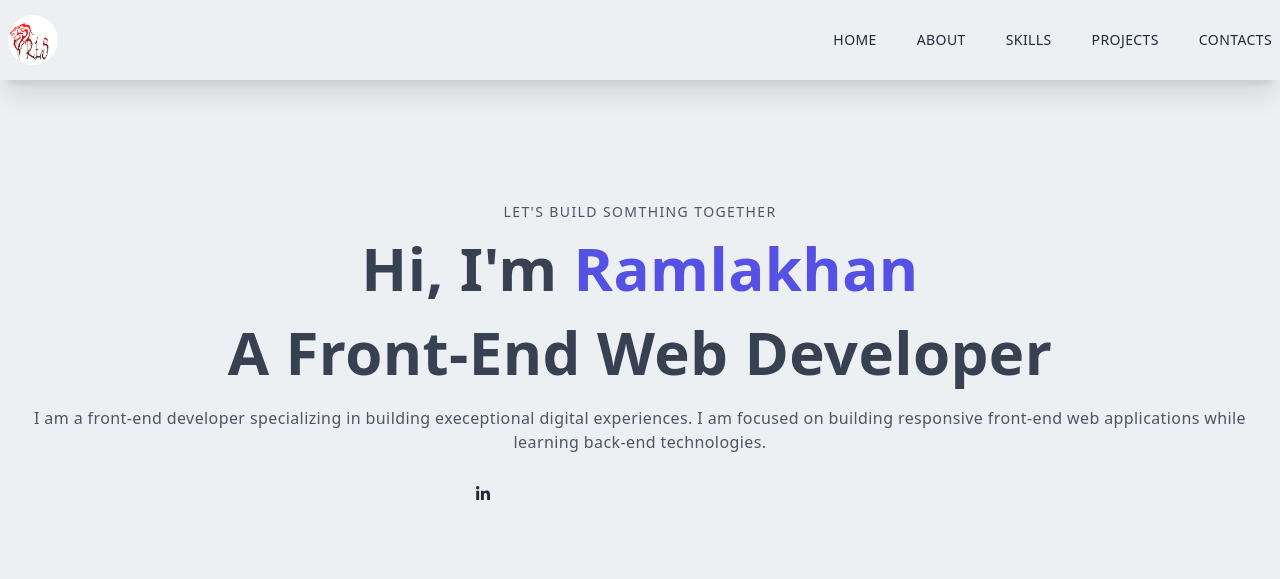
Repository: ram2642/portfolio-using-next-js
Page: /
These files come from the project's save history. The page is drawn as it stood at one moment and after a run of saves; the edit follows.
The browser window is 1280 px wide. The pictures show the whole page.
The project was rebuilt for these pictures with package versions that can differ from the ones it lists, and the page was loaded fresh each time. The framework's server and built-in components were replaced by stand-ins that run in the browser. Also part of the build but not shown: next.config.js.

Above is the page before, as saved 2022-09-04 02:02:04.

### pages/index.js
// import { Main } from 'next/document'
import Head from 'next/head'
import Image from 'next/image'
import Main from '../components/Main'
import Navbar from '../components/Navbar'


export default function Home() {
  return (
    <div className="">
      <Head>
        <title>Ramlakhan | Front-End Developer</title>
        <meta name="description" content="Generated by create next app" />
        <link rel="icon" href="/favicon.ico" />
      </Head>
      <Navbar/>
      <Main/>

    </div>
  )
}

### styles/globals.css
@tailwind base;
@tailwind components;
@tailwind utilities;


@layer base {
  body {
    @apply bg-[#ecf0f3] text-[#1f2937] tracking-wide
  }
  h1, h2, h3, h4, h5, h6 {
    @apply font-bold;
  }
  h1 {
    @apply text-4xl sm:text-5xl md:text-6xl;
  }
  h2 {
    @apply text-3xl sm:text-4xl;
  }
  li {
    @apply cursor-pointer;
  }
  button {
    @apply shadow-xl shadow-gray-400 rounded-xl uppercase bg-gradient-to-r from-[#5651e5] to-[#709dff] text-white
  }
  }

### components/Main.jsx
import React from "react";
import { FaLinkedinIn } from "react-icons/fa";

const Main = () => {
  return (
    <div className="w-full h-screen text-center">
      <div className="max-w-[1240px] w-full h-full mx-auto p-2 flex justify-center items-center">
        <div>
          <p className="uppercase text-sm tracking-widest text-gray-600">
            Let's build somthing together
          </p>
          <h1 className="py-4 text-gray-700">
            Hi, I'm <span className="text-[#5651e5]"> Ramlakhan</span>
          </h1>
          <h1 className="py-2 text-gray-700">A Front-End Web Developer</h1>
          <p className="text-gray-600 py-4 max-w[70%] m-auto">
            I am a front-end developer specializing in building execeptional
            digital experiences. I am focused on building responsive front-end
            web applications while learning back-end technologies.
          </p>
          <div className="flex items-center justify-between max-w-[330px] m-auto py-4">
            <div lassName="rounded-full shadow-lg shadow-gray-400 p- cursor-pointer hover:scale-105 ease-in duration-300">
              <FaLinkedinIn />
            </div>
          </div>
        </div>
      </div>
    </div>
  );
};

export default Main;

### components/Navbar.jsx
import Image from "next/image";
import React, { useState } from "react";
import Link from "next/link";
import { AiOutlineClose, AiOutlineMenu, AiOutlineMail } from "react-icons/ai";
import { FaLinkedinIn, FaGithub } from "react-icons/fa";
import { BsFillPersonLinesFill } from "react-icons/bs";

const Navbar = () => {
  const [nav, setNav] = useState(false);

  const handleNav = () => {
    setNav(!nav);
  };
  return (
    <div className="fixed w-full h-20 shadow-xl z-[100]">
      <div className="flex justify-between items-center w-full h-full px-2 2xl:px-16">
        <Image
          className="rounded-full cursor-pointer"
          src="data:[embedded picture, 6010 characters]"
          alt=""
          width="50"
          height="50"
        />
        <div>
          <ul className="hidden md:flex">
            <Link href="/">
              <li className="ml-10 text-sm uppercase hover:border-b">Home</li>
            </Link>
            <Link href="/">
              <li className="ml-10 text-sm uppercase hover:border-b">About</li>
            </Link>
            <Link href="/">
              <li className="ml-10 text-sm uppercase hover:border-b">Skills</li>
            </Link>
            <Link href="/">
              <li className="ml-10 text-sm uppercase hover:border-b">
                Projects
              </li>
            </Link>
            <Link href="/">
              <li className="ml-10 text-sm uppercase hover:border-b">
                Contacts
              </li>
            </Link>
          </ul>
          <div onClick={handleNav} className="md:hidden cursor-pointer">
            <AiOutlineMenu size={25} />
          </div>
        </div>
      </div>
      <div className={nav ? 'md:hidden fixed left-0 top-0 w-full h-screen bg-black/70' : ''}>
        <div className={nav ? "fixed left-0 top-0 w-[75%] sm:w-[60%] md:w-[45%] h-screen bg-[#ecf0f3] p-10 ease-in duration-500" : "fixed left-[-100%] top-0  p-10 ease-in duration-500"}>
          <div>
            <div className="flex w-full items-center justify-between">
              <Image
                className="rounded-full cursor-pointer"
                src="data:[embedded picture, 6010 characters]"
                alt=""
                width="50"
                height="50"
              />
              <div onClick={handleNav} className="rounded-full shadow-lg shadow-gray-400 p-3 cursor-pointer">
                <AiOutlineClose />
              </div>
            </div>
            <div className="border-b border-gray-300 my-4">
              <p className="w-[85%] md:w-[905] PY-4">
                Let's builds something legendary together
              </p>
            </div>
          </div>
          <div className="py-4 flex flex-col">
            <ul className="uppercase">
              <Link href="/">
                <li className="py-4 text-sm">Home</li>
              </Link>
              <Link href="/">
                <li className="py-4 text-sm">About</li>
              </Link>
              <Link href="/">
                <li className="py-4 text-sm">Skills</li>
              </Link>
              <Link href="/">
                <li className="py-4 text-sm">Projects</li>
              </Link>
              <Link href="/">
                <li className="py-4 text-sm">Contacts</li>
              </Link>
            </ul>
            <div className="pt-40">
              <p className="uppercase tracking-widest text-[#5651e5]">
                Let's Connect
              </p>
              <div className="flex items-center justify-between my-4 w-full sm:w-[80%]">
                <div className="rounded-full shadow-lg shadow-gray-400 p-3 cursor-pointer hover:scale-105 ease-in duration-300">
                  <FaLinkedinIn />
                </div>
                <div className="rounded-full shadow-lg shadow-gray-400 p-3 cursor-pointer hover:scale-105 ease-in duration-300">
                  <FaGithub />
                </div>
                <div className="rounded-full shadow-lg shadow-gray-400 p-3 cursor-pointer hover:scale-105 ease-in duration-300">
                  <AiOutlineMail />
                </div>
                <div className="rounded-full shadow-lg shadow-gray-400 p-3 cursor-pointer hover:scale-105 ease-in duration-300">
                  <BsFillPersonLinesFill />
                </div>
              </div>
            </div>
          </div>
        </div>
      </div>
    </div>
  );
};

export default Navbar;

Loaded but not shown: pages/_app.js (common file); tailwind.config.js (common file)

After the next 2 saves:
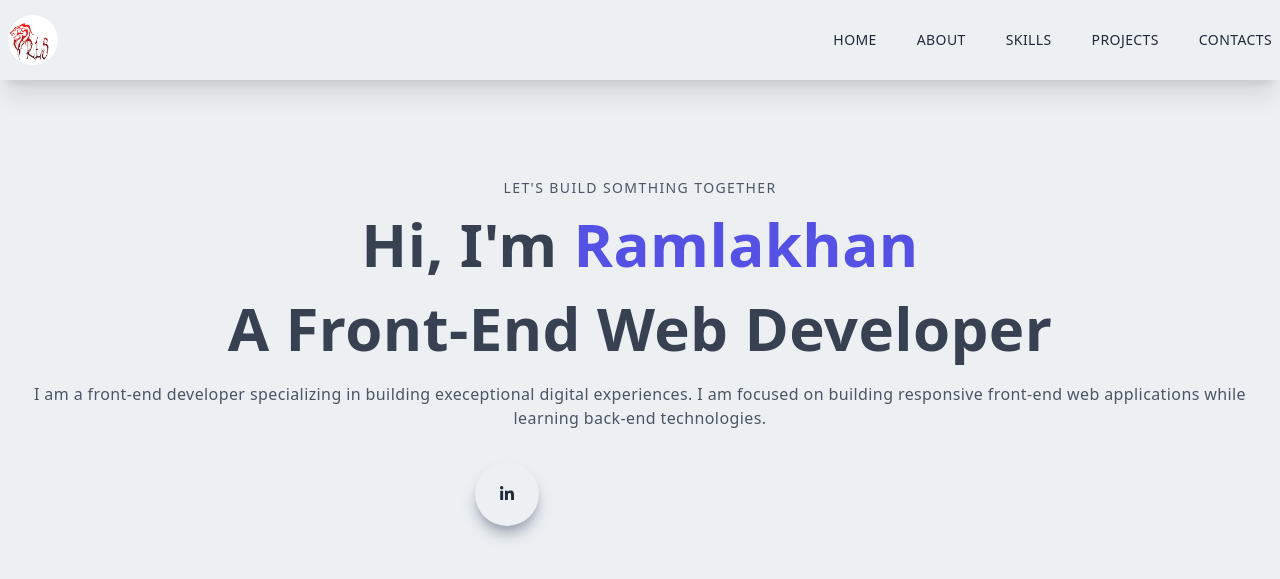
The 2 saves are shown as one change because they came seconds apart.
The last was saved 7 s later.
--- a/components/Main.jsx
+++ b/components/Main.jsx
@@ -19,7 +19,7 @@ const Main = () => {
             web applications while learning back-end technologies.
           </p>
           <div className="flex items-center justify-between max-w-[330px] m-auto py-4">
-            <div lassName="rounded-full shadow-lg shadow-gray-400 p- cursor-pointer hover:scale-105 ease-in duration-300">
+            <div className="rounded-full shadow-lg shadow-gray-400 p-6 cursor-pointer hover:scale-105 ease-in duration-300">
               <FaLinkedinIn />
             </div>
           </div>
